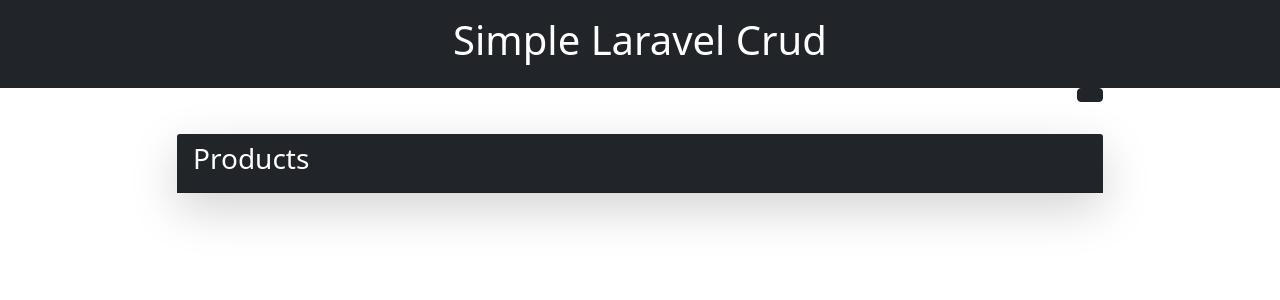
Repository: Muskan1Kumari4draw/Crud-in-Laravel
Page: http://localhost/products
These files come from the project's save history. The page is drawn as it stood at one moment and after the next save; the edit follows.
The browser window is 1280 px wide. The pictures show the whole page.
The page is served by the project's Laravel application, run on PHP 8.4 with Laravel 12. Other server files are loaded and not shown.

Above is the page before, as saved 2024-09-14 11:34:21.

### routes/web.php
<?php

use Illuminate\Support\Facades\Route;
use App\Http\Controllers\ProductController;

Route::get('/products', [ProductController::class, 'index'])->name('products.index');
Route::get('/products/create', [ProductController::class, 'create'])->name('products.create');
Route::post('/products', [ProductController::class, 'store'])->name('products.store');

### app/Http/Controllers/ProductController.php
<?php

namespace App\Http\Controllers;
use App\Models\Product;
use Illuminate\Http\Request;
use Illuminate\Support\Facades\Validator;

class ProductController extends Controller
{
   public function index(){
    return view('products.list');
   }

    public function create(){
        return view('products.create');
    }

    public function store(Request $request){
        $rules = [
            'name' => 'required|min:5',
            'sku' => 'required|min:3',
            'price' => 'required|numeric|min:1',
            'image' => 'required|image|mimes:jpg,jpeg,png|max:2048'
        ];

        $validator = Validator::make($request->all(), $rules);

        if ($validator->fails()) {
            return redirect()->route('products.create')
                             ->withErrors($validator)
                             ->withInput();
        }

        // Databse
        $product = new Product();
        $product->name = $request->name;
        $product->sku = $request->sku;
        $product->price = $request->price;
        $product->description = $request->description;

        if ($request->hasFile('image')) {
            $image = $request->file('image');
            $imagePath = $image->store('images', 'public'); // Store the image in 'public/images'
            $product->image = $imagePath;
        }

        $product->save();


        // return redirect()->route('products.index')->with('success'  ,' Product added Successfully');
        if ($product->save()) {
            return redirect()->route('products.index')->with('success', 'Product added successfully');
        } else {
            dd('Error saving product'); // Debugging line
        }


    }
   public function edit(){

   }
   public function update(){

   }
   public function destroy(){

   }
}

### resources/views/products/list.blade.php
<!doctype html>
<html lang="en">
  <head>
    <meta charset="utf-8">
    <meta name="viewport" content="width=device-width, initial-scale=1">
    <link href="https://cdn.jsdelivr.net/npm/bootstrap@5.0.2/dist/css/bootstrap.min.css" rel="stylesheet">
    <title>Laravel - Crud Operation</title>
  </head>
  <body>
    <div class="bg-dark py-3">
      <h1 class="text-white text-center">Simple Laravel Crud</h1>
    </div>

    <div class="container">
      <div class="row d-flex justify-content-center">
        <div class="col-md-10 d-flex justify-content-end">
            <a href="{{ route('products.create') }}" class="btn btn-dark"></a>
        </div>
        <div class="col-md-10 mt-2">
            @if(Session::has('success'))
            <div class="alert alert-success">
                {{ Session::get('success') }}
            </div>
        @endif

        </div>
        <div class="col-md-10">
          <div class="card border-0 shadow-lg my-4">
            <div class="card-header bg-dark">
              <h3 class="text-white">Products</h3>
            </div>

          </div>
        </div>
      </div>
    </div>

    <script src="https://cdn.jsdelivr.net/npm/bootstrap@5.0.2/dist/js/bootstrap.bundle.min.js"></script>
  </body>
</html>

Loaded but not shown: app/Http/Controllers/Controller.php (common file)

After the next save:
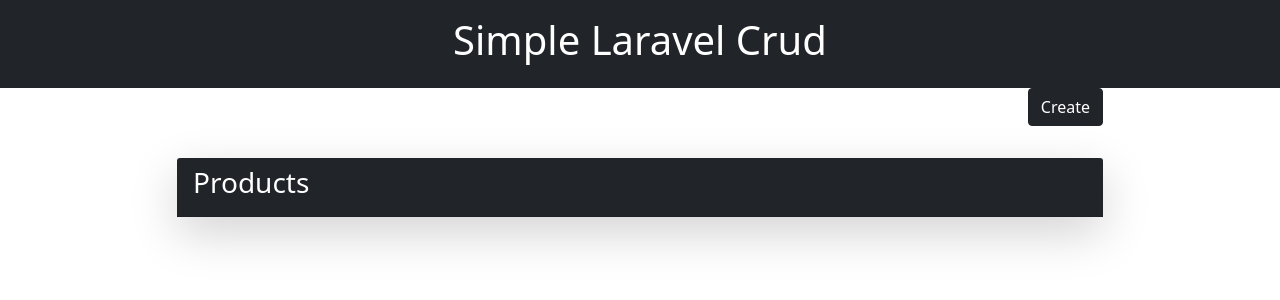
Saved 11 s later.
--- a/resources/views/products/list.blade.php
+++ b/resources/views/products/list.blade.php
@@ -14,7 +14,7 @@
     <div class="container">
       <div class="row d-flex justify-content-center">
         <div class="col-md-10 d-flex justify-content-end">
-            <a href="{{ route('products.create') }}" class="btn btn-dark"></a>
+            <a href="{{ route('products.create') }}" class="btn btn-dark">Create</a>
         </div>
         <div class="col-md-10 mt-2">
             @if(Session::has('success'))
